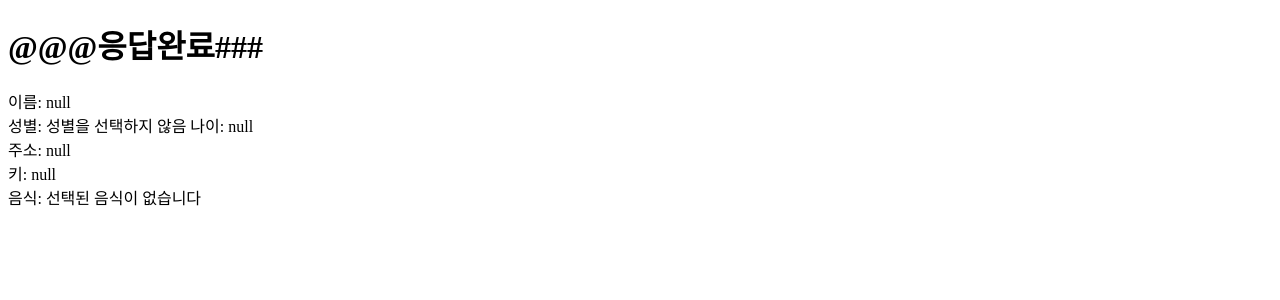
Repository: yoonseo0832/workspace
Page: http://localhost/1_servlet/views/responsePage.jsp
The author's editor kept a copy of each file at every save. The page is drawn from the files as they stood at one save, then again after the next save.
The browser window is 1280 px wide. The pictures show the whole page.
The page is served by Tomcat 9. Other server files are loaded and not shown. The template is opened directly, without the code that normally fills it, so the values that code supplies are empty.

Above is the page before, as saved 2025-03-19 06:30:27.

### 05_server/1_servlet/src/main/webapp/views/responsePage.jsp
<%@ page language="java" contentType="text/html; charset=UTF-8"
    pageEncoding="UTF-8"%>
<!DOCTYPE html>
<html>
<head>
<meta charset="UTF-8">
<title>응답용 페이지</title>
</head>
<body>
	<!-- html 주석 -->
	<%-- jsp 주석 --%>
	<h1>@@@응답완료###</h1>

	<%-- 자바 코드 작성하기 --%>
	<%
		//System.out.println("hi, jsp!?");
		// 스크립틀릿(Scriptlet) : HTML문서 내에서 자바코드를 작성할 수 있는 영역

		// 서블릿을 통해 전달된 데이터를 추출해보기
		String name = (String)request.getAttribute("name");
		String gender = (String)request.getAttribute("gender");
		String age = (String)request.getAttribute("age");
		String address = (String)request.getAttribute("address");
		String height = (String)request.getAttribute("height");
		String[] foods = (String[])request.getAttribute("foods");
	%>
	<%-- 변수의 값을 화면상에 출력하고자 할때 <%= %> 처럼 %뒤에 =를 붙임 --%>
	이름: <span><%= name %></span><br>
	성별: <%if(gender ==null){ %>
			성별을 선택하지 않음
		<%}else {%>
		<span><%= gender %></span><br>
		<%} %>
	나이: <span><%= age %></span><br>
	주소: <span><%= address %></span><br>
	 키: <span><%= height %></span><br>
	음식: <% if(foods ==null){ %>
			선택된 음식이 없습니다
		<%} else{ %>
			<ol>
			<%for(String f : foods){ %>
				<li><%= f %></li>
			<%} %>
			</ol>
		<%} %>
</body>
</html>

After the next save:
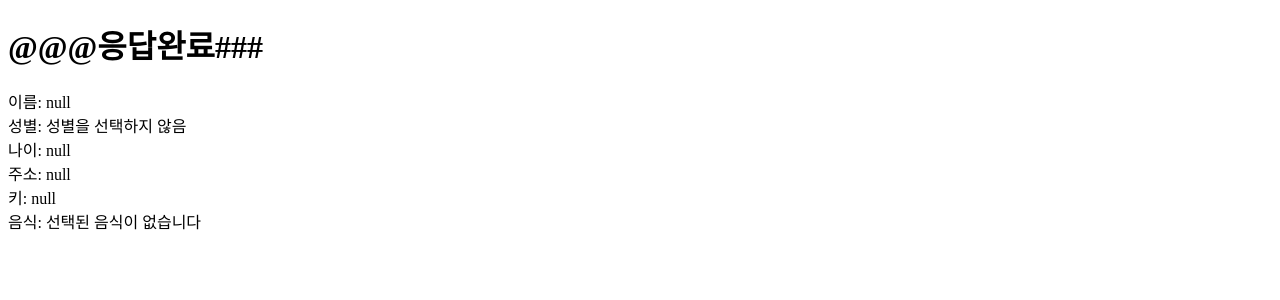
Saved 42 s later.
--- a/05_server/1_servlet/src/main/webapp/views/responsePage.jsp
+++ b/05_server/1_servlet/src/main/webapp/views/responsePage.jsp
@@ -27,7 +27,7 @@
 	<%-- 변수의 값을 화면상에 출력하고자 할때 <%= %> 처럼 %뒤에 =를 붙임 --%>
 	이름: <span><%= name %></span><br>
 	성별: <%if(gender ==null){ %>
-			성별을 선택하지 않음
+			성별을 선택하지 않음<br>
 		<%}else {%>
 		<span><%= gender %></span><br>
 		<%} %>
